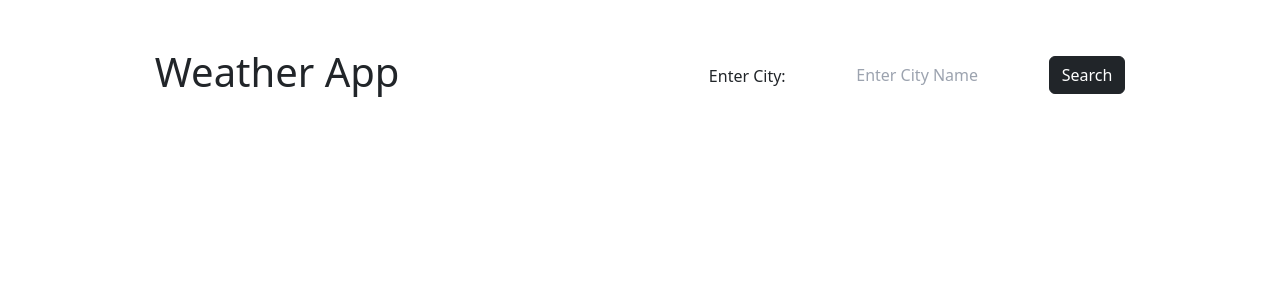
Repository: bhaveshtrades/weatherapp
Page: /
These files come from the project's save history. The page is drawn as it stood at one moment and after the next save; the edit follows.
The browser window is 1280 px wide. The pictures show the whole page.
The project was rebuilt for these pictures with package versions that can differ from the ones it lists, and the page was loaded fresh each time. Also part of the build but not shown: src/components/DetailedWeather.jsx, src/components/HourlyForecast.jsx.

Above is the page before, as saved 2023-01-25 00:30:33.

### public/index.html
<!DOCTYPE html>
<html lang="en">
  <head>
    <meta charset="utf-8" />
    <link rel="icon" href="%PUBLIC_URL%/favicon.ico" />
    <meta name="viewport" content="width=device-width, initial-scale=1" />
    <meta name="theme-color" content="#000000" />
    <meta
      name="description"
      content="Web site created using create-react-app"
    />
    <link rel="apple-touch-icon" href="%PUBLIC_URL%/logo192.png" />
    <!--
      manifest.json provides metadata used when your web app is installed on a
      user's mobile device or desktop. See https://developers.google.com/web/fundamentals/web-app-manifest/
    -->
    <link rel="manifest" href="%PUBLIC_URL%/manifest.json" />
  </head>

    <!--
      Notice the use of %PUBLIC_URL% in the tags above.
      It will be replaced with the URL of the `public` folder during the build.
      Only files inside the `public` folder can be referenced from the HTML.

      Unlike "/favicon.ico" or "favicon.ico", "%PUBLIC_URL%/favicon.ico" will
      work correctly both with client-side routing and a non-root public URL.
      Learn how to configure a non-root public URL by running `npm run build`.
    -->
    <title>React App</title>
  </head>
  <body>
    <noscript>You need to enable JavaScript to run this app.</noscript>
    <div id="root"></div>
    <!--
      This HTML file is a template.
      If you open it directly in the browser, you will see an empty page.

      You can add webfonts, meta tags, or analytics to this file.
      The build step will place the bundled scripts into the <body> tag.

      To begin the development, run `npm start` or `yarn start`.
      To create a production bundle, use `npm run build` or `yarn build`.
    -->
  </body>
</html>

### src/App.js
import React from 'react';
import CurrentWeather from './components/CurrentWeather';

function App() {

  return (
    <>
    <CurrentWeather/>
    </>
  );
}

export default App;

### src/components/CurrentWeather.jsx
import React, { useState } from 'react';
import DetailedWeather from './DetailedWeather';
import Navbar from './Navbar';
import HourlyForecast from './HourlyForecast';

function CurrentWeather(){

    const apiKey = process.env.REACT_APP_API_KEY;

    const[city, setCity] = useState();
    const[weatherData, setWeatherData] = useState([]);
    const[hourlyData, setHourlyData] = useState([]);

    let api = `http://api.weatherapi.com/v1/forecast.json?key=${apiKey}&q=${city}`;


    const weekDays = ['Sunday', 'Monday', 'Tuesday', 'Wednesday', 'Thursday', 'Friday', 'Saturday'];
    const months = ["January","February","March","April","May","June","July","August","September","October","November","December"]

     function getWeather(e){
      e.preventDefault();

      fetch(api).then(data => data.json())
      .then((response)=>{
        if(response.hasOwnProperty('location')){
        setWeatherData([response]);
        setHourlyData([response.forecast.forecastday[0].hour]);
        }else{
        setWeatherData([]);
        setHourlyData([]);
        }
      });
     }

     function forecastingData(element, index){
      let correctTime;
      let timeUnit = 'AM';
        if(new Date(`${element.time}`).getHours() === 0){
          correctTime = 12;
        }else if(new Date(`${element.time}`).getHours() === 12){
          correctTime = new Date(`${element.time}`).getHours();
          timeUnit = 'PM';
        }else if(new Date(`${element.time}`).getHours() > 12){
          correctTime = new Date(`${element.time}`).getHours() - 12;
          timeUnit = 'PM';
        }else{
          correctTime = new Date(`${element.time}`).getHours();
        }
        return <HourlyForecast key={index} tempProp={element.temp_c} iconProp={element.condition.icon} timeProp={correctTime+timeUnit}/>
     }

     console.log(new Date().getDate());

     function filteredForecasting(element){
      if(hourlyData[0].length !== 0){
      return new Date(`${element.time}`).getHours() >= new Date().getHours()
      }
    }

  return(
    <>
    <Navbar resultProp={getWeather} cityProp={(e)=>{setCity(e.target.value)}}/>
    {weatherData.length !==0 &&
    <div className='mt-16 w-3/4 ml-52 h-72'>
    <div>
    <h2>{weatherData[0].location.name}, {weatherData[0].location.country}</h2>
    <h4>{new Date(`${weatherData[0].current.last_updated}`).getDate()} {months[new Date(`${weatherData[0].current.last_updated}`).getMonth()]}, {weekDays[new Date(`${weatherData[0].current.last_updated}`).getDay()]}</h4>
    </div>
    <div className='flex gap-x-72'>
    <div className='flex gap-x-10 mt-6'>
    <div>
    <img src={`${weatherData[0].current.condition.icon}`} alt='This is a weather Icon'/>
    </div>
    <div>
    <h2>{weatherData[0].current.temp_c}<span>&#176;</span></h2>
    <h4>{weatherData[0].current.condition.text}</h4>
    </div>
    </div>
    <DetailedWeather maxTempProp={weatherData[0].forecast.forecastday[0].day.maxtemp_c} minTempProp={weatherData[0].forecast.forecastday[0].day.mintemp_c} sunriseProp={weatherData[0].forecast.forecastday[0].astro.sunrise} sunsetProp={weatherData[0].forecast.forecastday[0].astro.sunset} windSpeedProp={weatherData[0].current.wind_kph} rainChanceProp={weatherData[0].forecast.forecastday[0].day.daily_chance_of_rain}/>
    </div>
    </div>
    }
    {hourlyData.length !== 0 && <div className='mt-4 ml-52 w-3/4 h-56 overflow-auto'>
    <div>
    <h3>Today's Weather</h3>
    </div>
    {<div className='flex gap-x-12 pl-4 pt-2'>
    {hourlyData[0].filter(filteredForecasting).map(forecastingData)}
    </div>}
    </div>}
    </>
  )
}

export default CurrentWeather;

### src/components/Navbar.jsx
import React from 'react'

function Navbar({resultProp, cityProp}){

  return (
    <>
    <div className='sm:flex justify-around mt-12'>
    <div>
    <h1 className=''>Weather App</h1>
    </div>
    <div className='pt-2'>
    <form role="search" onSubmit={resultProp} className='flex gap-x-4'>
        <label htmlFor='cityName' className='pt-2'>Enter City: </label>
        <input type='text' className='text-center' placeholder='Enter City Name' onChange={cityProp}/>
        <button type="submit" className='btn btn-dark' onClick={resultProp}>Search</button>
    </form>
    </div>
    </div>
    </>
  )
}

export default Navbar;

Loaded but not shown: src/index.js (common file); src/index.css (common file); src/reportWebVitals.js (common file); tailwind.config.js (common file)

After the next save:
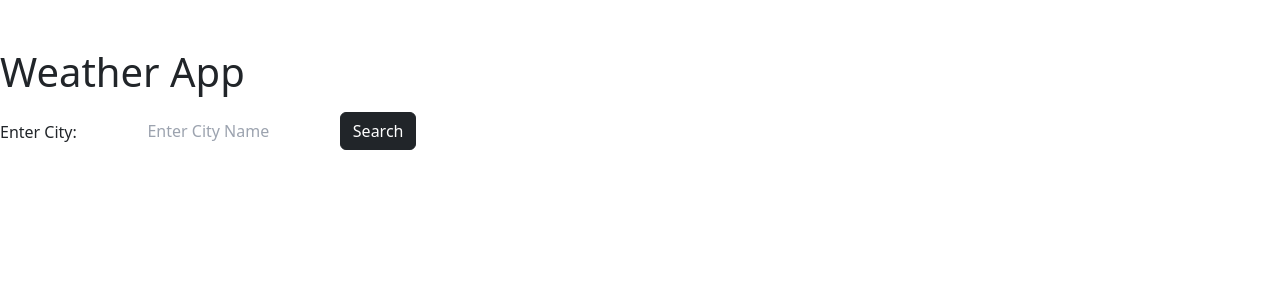
Saved 20 s later.
--- a/src/components/Navbar.jsx
+++ b/src/components/Navbar.jsx
@@ -4,7 +4,7 @@
 
   return (
     <>
-    <div className='sm:flex justify-around mt-12'>
+    <div className='sm:bg-red-500flex justify-around mt-12'>
     <div>
     <h1 className=''>Weather App</h1>
     </div>
